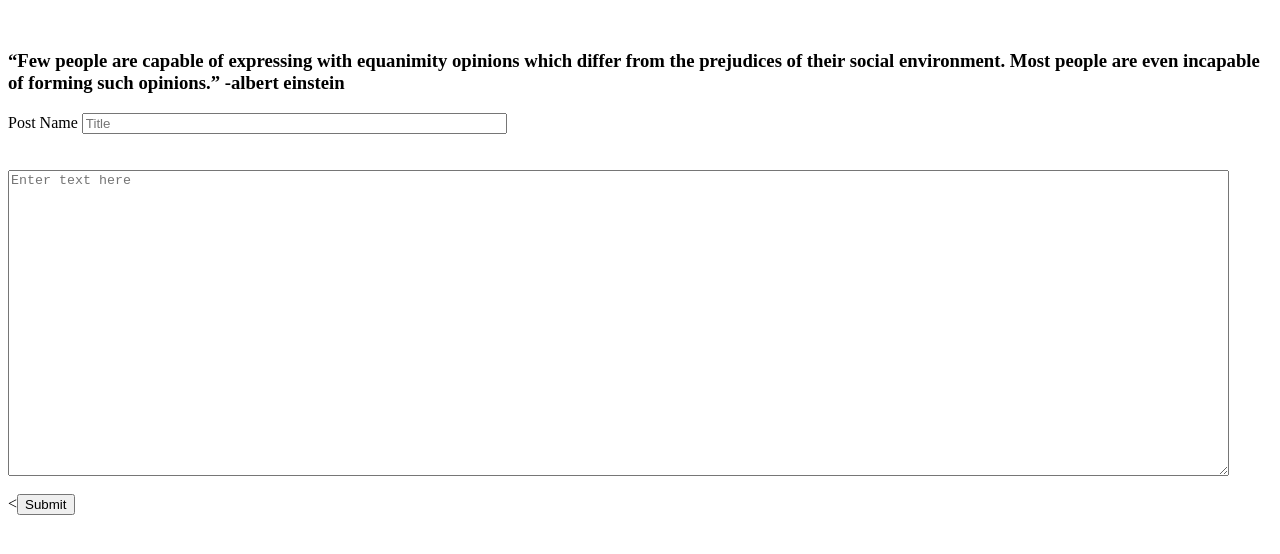
Repository: AnnieFisher/blog
Page: BlogMVC/WebContent/addPost.view.html
These files come from the project's save history. The page is drawn as it stood at one moment and after the next save; the edit follows.
The browser window is 1280 px wide. The pictures show the whole page.

Above is the page before, as saved 2016-12-18 05:06:50.

After the next save:
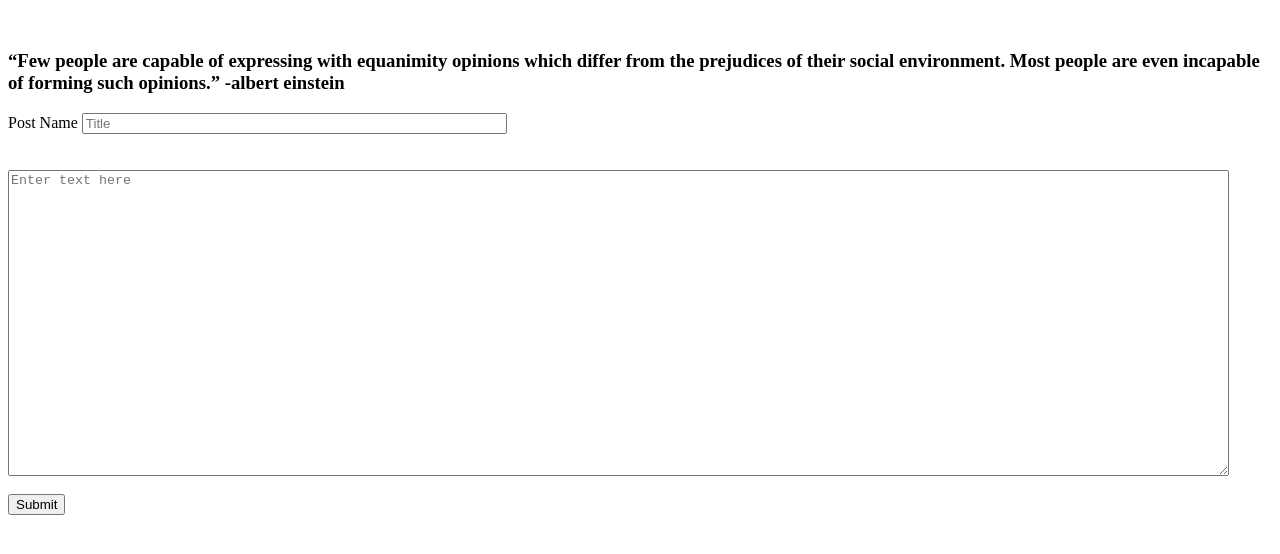
Saved 60 s later.
--- a/BlogMVC/WebContent/addPost.view.html
+++ b/BlogMVC/WebContent/addPost.view.html
@@ -11,7 +11,7 @@
 			wrap="hard" rows="20" cols="150"></textarea>
 		   <br><br>
 
-		   <<input type="submit" value="Submit" ng-click =createPost(post)></button>
+		   <input type="submit" value="Submit" ng-click =createPost(post)></button>
 		   </form>
 	   </div>
 	</div>
